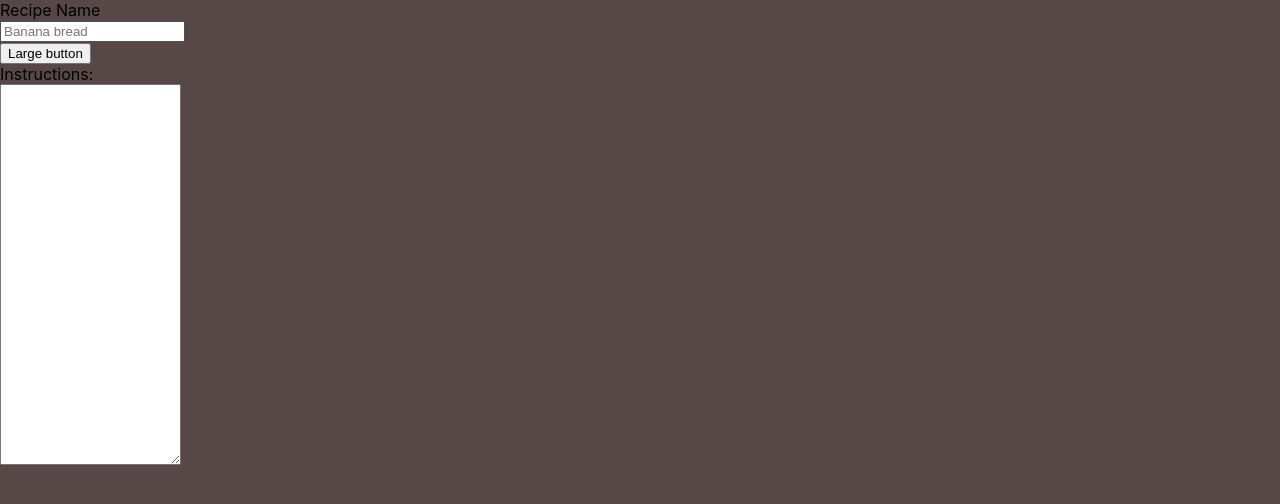
Repository: cdart1/React_Recipe_App
Page: / (app in recipe_app/)
The author's editor kept a copy of each file at every save. The page is drawn from the files as they stood at one save, then again after a run of saves.
The browser window is 1280 px wide. The pictures show the whole page.
The project was rebuilt for these pictures with package versions that can differ from the ones it lists, and the page was loaded fresh each time.

Above is the page before, as saved 2021-03-14 15:51:05.

### recipe_app/src/Components/App.js
import '../App.css';
import RecipeForm from './form'


function App() {

  return (
    <div className="App">
      <div>
        <RecipeForm/>
      </div>
    </div>
  );
}

export default App;

### recipe_app/src/App.css
body {
  background-color: rgb(88, 71, 71);
}

### recipe_app/src/Components/form.js
import React from 'react';
import Form from 'react-bootstrap/Form'
import Button from 'react-bootstrap/Button'

const RecipeForm = () => {

    return (
        <Form>
            <Form.Group controlId="exampleForm.ControlInput1">
                <Form.Label>Recipe Name</Form.Label><br></br>
                <Form.Control type="text" placeholder="Banana bread"/>
            </Form.Group>
            <Form.Group>
                {/* <input type='text'>Ingredient</input> */}
                <Button primary lg>Large button</Button>
                {/* <button onClick>Add Ingredient</button> */}
                {/* <Form.Label>Ingredients List</Form.Label><br></br>
                <Form.Control type="text" placeholder="Recipe Name" /> */}
            </Form.Group>
            <Form.Group>
                <Form.Label>Instructions:</Form.Label><br></br>
                <Form.Control as="textarea" rows={25} />
            </Form.Group>
        </Form>
    );
}

export default RecipeForm

Loaded but not shown: recipe_app/public/index.html (common file); recipe_app/src/index.js (common file); recipe_app/src/index.css (common file); recipe_app/src/reportWebVitals.js (common file)

After the next 2 saves:
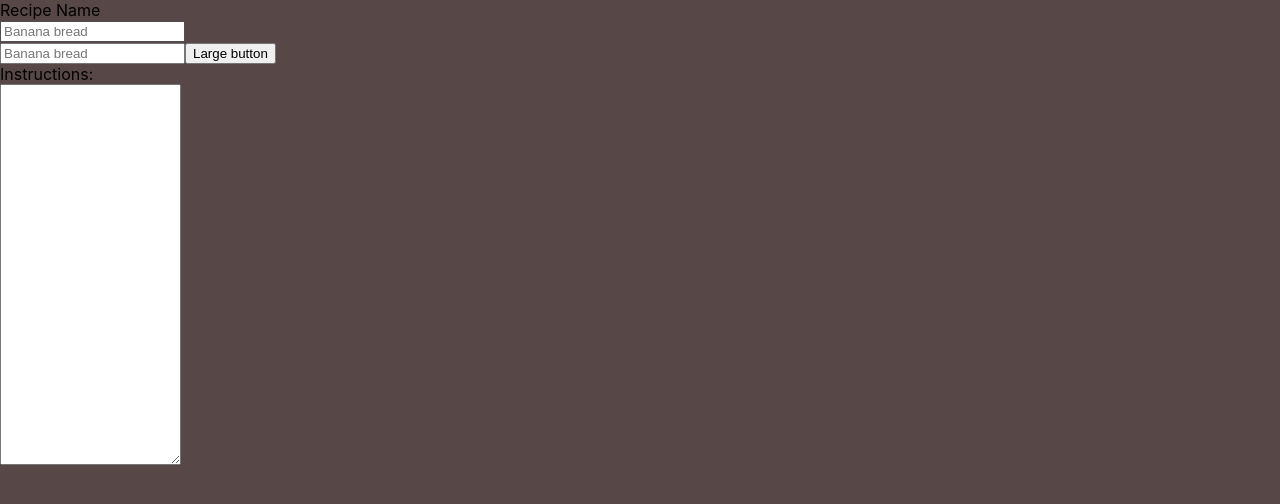
The 2 saves are shown as one change because 1 did not build or start.
The last was saved 24 s later.
--- a/recipe_app/src/Components/form.js
+++ b/recipe_app/src/Components/form.js
@@ -11,7 +11,7 @@ const RecipeForm = () => {
                 <Form.Control type="text" placeholder="Banana bread"/>
             </Form.Group>
             <Form.Group>
-                {/* <input type='text'>Ingredient</input> */}
+            <Form.Control type="text" placeholder="Banana bread"/>
                 <Button primary lg>Large button</Button>
                 {/* <button onClick>Add Ingredient</button> */}
                 {/* <Form.Label>Ingredients List</Form.Label><br></br>
